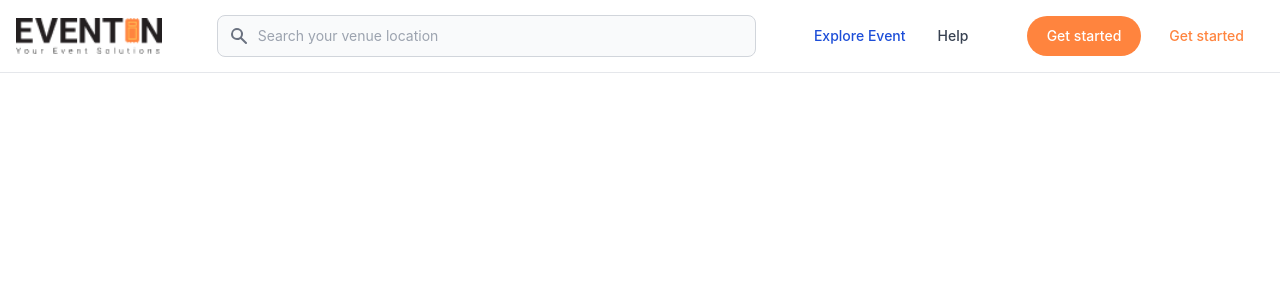
Repository: farrelmuhammad/eventon-indobild
Page: /
An editor plug-in stored every save of this project. The page is shown before and after the next save, followed by the edit.
The browser window is 1280 px wide. The pictures show the whole page.
The project was rebuilt for these pictures with package versions that can differ from the ones it lists, and the page was loaded fresh each time. Also part of the build but not shown: src/App.css.

Above is the page before, as saved 2023-02-07 15:48:52.

After the next save:
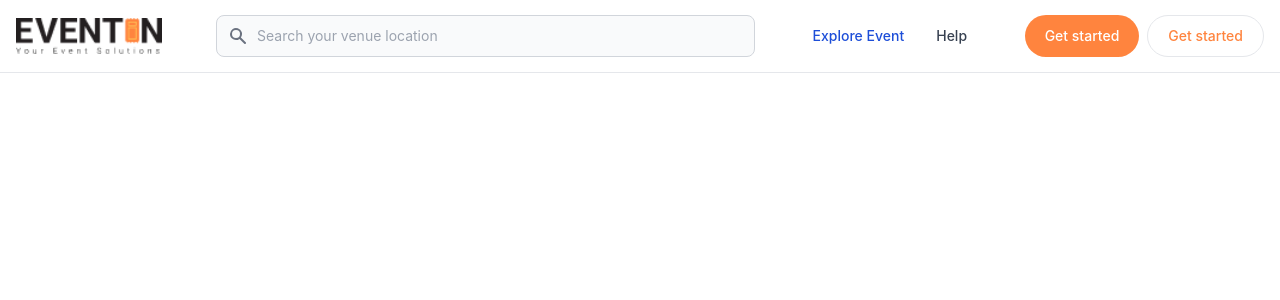
Saved 38 s later.
--- a/src/components/Navbar.jsx
+++ b/src/components/Navbar.jsx
@@ -26,7 +26,7 @@ const Navbar = () => {
 
                 <div class="flex md:order-2 gap-2">
                     <button type="button" class="text-white bg-[#FF843E] hover:bg-blue-800 focus:ring-4 focus:outline-none focus:ring-blue-300 font-medium rounded-full text-sm px-5 py-2.5 text-center mr-3 md:mr-0">Get started</button>
-                    <button type="button" class="text-[#FF843E] bg-transparent hover:bg-blue-800 focus:ring-4 focus:outline-none focus:ring-blue-300 font-medium rounded-full text-sm px-5 py-2.5 text-center mr-3 md:mr-0">Get started</button>
+                    <button type="button" class="text-[#FF843E] bg-transparent border border-blue hover:bg-blue-800 focus:ring-4 focus:outline-none focus:ring-blue-300 font-medium rounded-full text-sm px-5 py-2.5 text-center mr-3 md:mr-0">Get started</button>
                 </div>
                 <div class="items-center justify-between hidden w-full md:flex md:w-auto md:order-1" id="navbar-sticky">
                     <ul class="flex flex-col p-4 mt-4 border border-gray-100 rounded-lg bg-gray-50 md:flex-row md:space-x-8 md:mt-0 md:text-sm md:font-medium md:border-0 md:bg-white">
